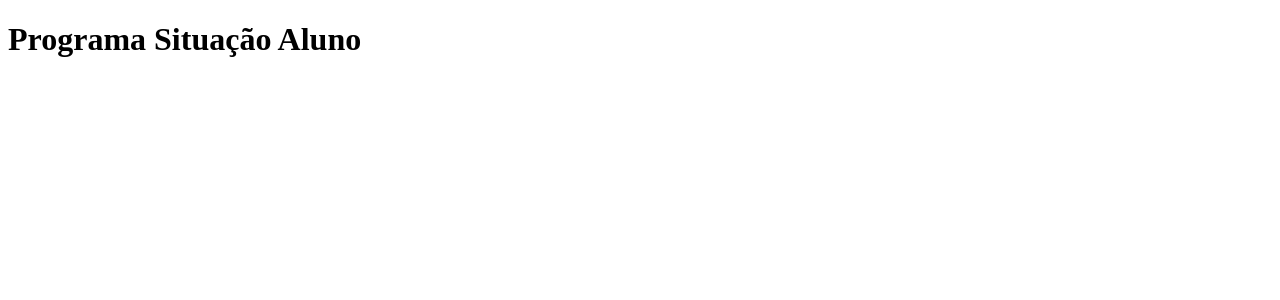
Repository: JhonMercedes/Javascript-book
Page: cap3/ex3_1.html
An editor plug-in stored every save of this project. The page is shown before and after the next save, followed by the edit.
The browser window is 1280 px wide. The pictures show the whole page.

Above is the page before, as saved 2021-12-08 23:43:11.

After the next save:
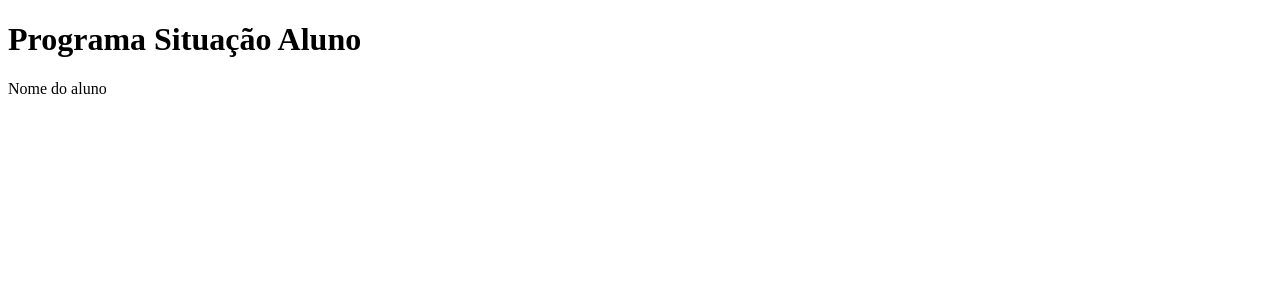
Saved 33 s later.
--- a/cap3/ex3_1.html
+++ b/cap3/ex3_1.html
@@ -9,6 +9,8 @@
 </head>
 <body>
     <h1>Programa Situação Aluno</h1>
+    <p>Nome do aluno
 
+    </p>
 </body>
 </html>
